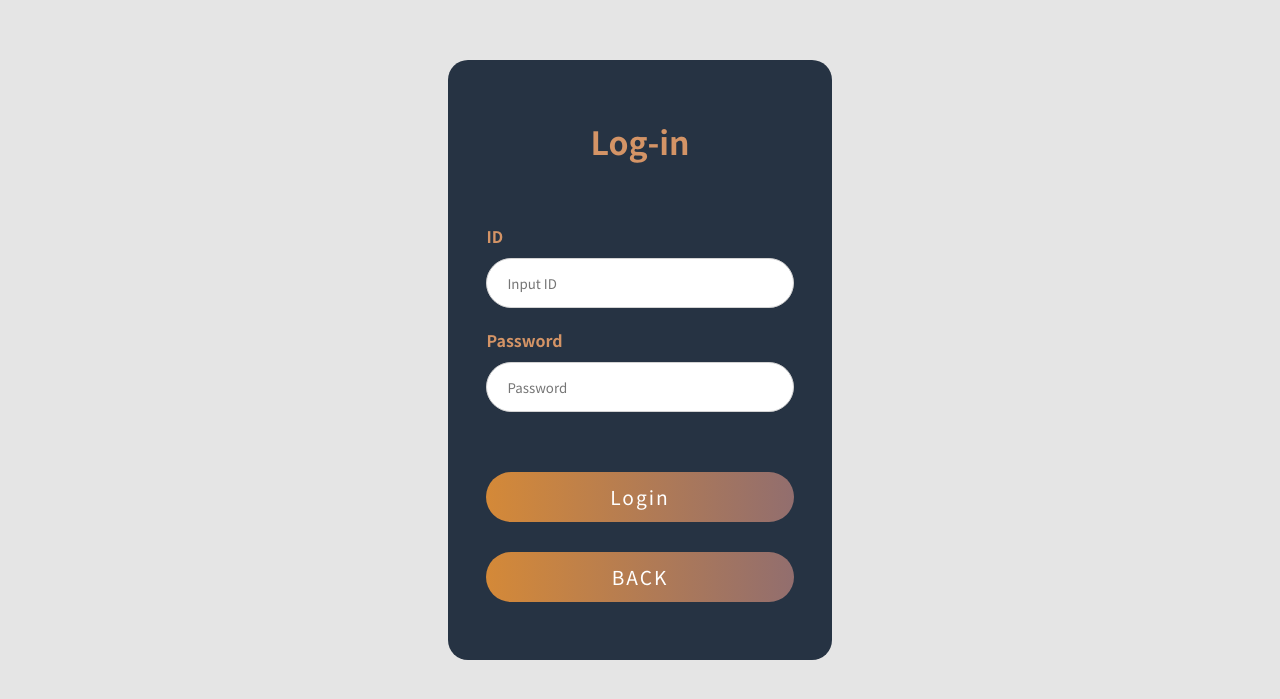
Repository: Served01/Project2_2209
Page: http://localhost/bookReviewProgram/loginform.jsp
The author's editor kept a copy of each file at every save. The page is drawn from the files as they stood at one save, then again after the next save.
The browser window is 1280 px wide. The pictures show the whole page.
Some web libraries are served in a nearby version. The page is served by Tomcat 9. Other server files are loaded and not shown.

Above is the page before, as saved 2022-09-28 08:00:39.

### bookReviewProgram/src/main/webapp/loginform.jsp
<%@ page language="java" contentType="text/html; charset=UTF-8"
    pageEncoding="UTF-8"%>
<!DOCTYPE html>
<html>
<head>
<meta charset="UTF-8">
    <meta name="viewport" content="width=device-width, initial-scale=1.0">
    <title>Document</title>
    <link href="https://fonts.googleapis.com/css2?family=Noto+Sans+KR:wght@400;500;700&display=swap" rel="stylesheet">
    <script src="https://kit.fontawesome.com/53a8c415f1.js" crossorigin="anonymous"></script>
    <link rel="stylesheet" href="css/loginForm.css">
<meta charset="UTF-8">
<title>Insert title here</title>
</head>
<body>
		  <div class="wrap">
        <div class="login">
            <h2>Log-in</h2>
            <div class="login_sns">
            </div>
            <div class="login_id">
                <h4>ID</h4>
                <input type="text" name="" id="" placeholder="Input ID">
            </div>
            <div class="login_pw">
                <h4>Password</h4>
                <input type="password" name="" id="" placeholder="Password">
            </div>
            <div class="submit">
                <input type="submit" value="Login">
                <input type="button" value="BACK" onClick="history.go(-1)">

            </div>
        </div>
    </div>
</body>
</html>

### bookReviewProgram/src/main/webapp/css/loginForm.css
* {
    margin: 0;
    padding: 0;
    box-sizing: border-box;
    font-family: "Noto Sans KR", sans-serif;
  }

  a {
    text-decoration: none;
    color: black;
  }

  li {
    list-style: none;
  }

  .wrap {
    width: 100%;
    height: 100vh;
    display: flex;
    align-items: center;
    justify-content: center;
    background: rgba(0, 0, 0, 0.1);
  }

  .login {
    width: 30%;
    height: 600px;
    background: white;
    border-radius: 20px;
    display: flex;
    justify-content: center;
    align-items: center;
    flex-direction: column;
  }

  h2 {
    color: #d49466;
    font-size: 2em;
  }
  h4{
    color: #d49466;
  }
  .login_sns {
    padding: 20px;
    display: flex;
  }

  .login_sns li {
    padding: 0px 15px;
  }

  .login_sns a {
    width: 50px;
    height: 50px;
    display: flex;
    align-items: center;
    justify-content: center;
    padding: 10px;
    border-radius: 50px;
    background: white;
    font-size: 20px;
    box-shadow: 3px 3px 3px rgba(0, 0, 0, 0.4), -3px -3px 5px rgba(0, 0, 0, 0.1);
  }

  .login_id {
    margin-top: 20px;
    width: 80%;
  }

  .login_id input {
    width: 100%;
    height: 50px;
    border-radius: 30px;
    margin-top: 10px;
    padding: 0px 20px;
    border: 1px solid lightgray;
    outline: none;
  }

  .login_pw {
    margin-top: 20px;
    width: 80%;
  }

  .login_pw input {
    width: 100%;
    height: 50px;
    border-radius: 30px;
    margin-top: 10px;
    padding: 0px 20px;
    border: 1px solid lightgray;
    outline: none;
  }

  .login_etc {
    padding: 10px;
    width: 80%;
    font-size: 14px;
    display: flex;
    justify-content: space-between;
    align-items: center;
    font-weight: bold;
  }

  .submit {
    margin-top: 30px;
    width: 80%;
  }
  .submit input {
    width: 100%;
    height: 50px;
    border: 0;
    outline: none;
    border-radius: 40px;
    background: linear-gradient(to left, rgb(146, 110, 110), rgb(212, 137, 56));
    color: white;
    font-size: 1.2em;
    letter-spacing: 2px;
    margin-top: 30px;
  }
  .login{
    background-color: #263343;
  }
  .submit input:hover{
    color: white;
    background-color: #d49466;
  }

After the next save:
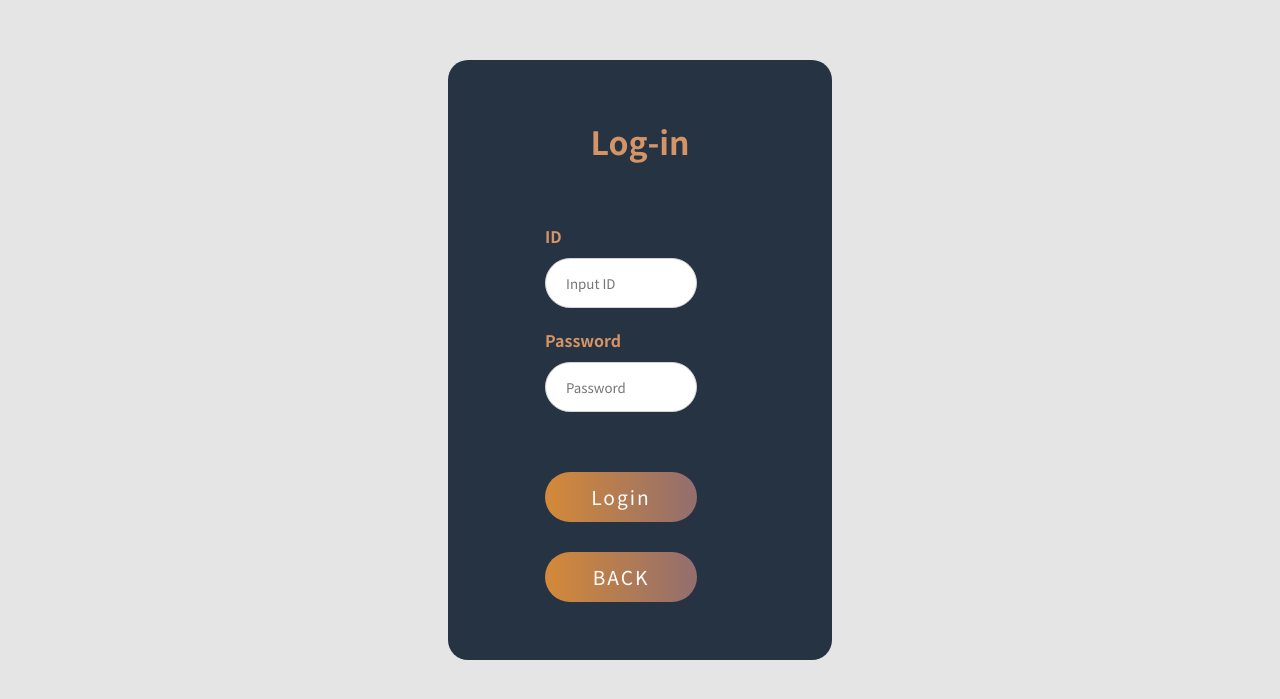
Saved 3 min 58 s later.
--- a/bookReviewProgram/src/main/webapp/loginform.jsp
+++ b/bookReviewProgram/src/main/webapp/loginform.jsp
@@ -13,11 +13,12 @@
 <title>Insert title here</title>
 </head>
 <body>
-		  <div class="wrap">
+		 <div class="wrap">
         <div class="login">
             <h2>Log-in</h2>
             <div class="login_sns">
             </div>
+            <form action="loginformPro.jsp" method="post">
             <div class="login_id">
                 <h4>ID</h4>
                 <input type="text" name="" id="" placeholder="Input ID">
@@ -29,7 +30,7 @@
             <div class="submit">
                 <input type="submit" value="Login">
                 <input type="button" value="BACK" onClick="history.go(-1)">
-
+			</form>
             </div>
         </div>
     </div>
